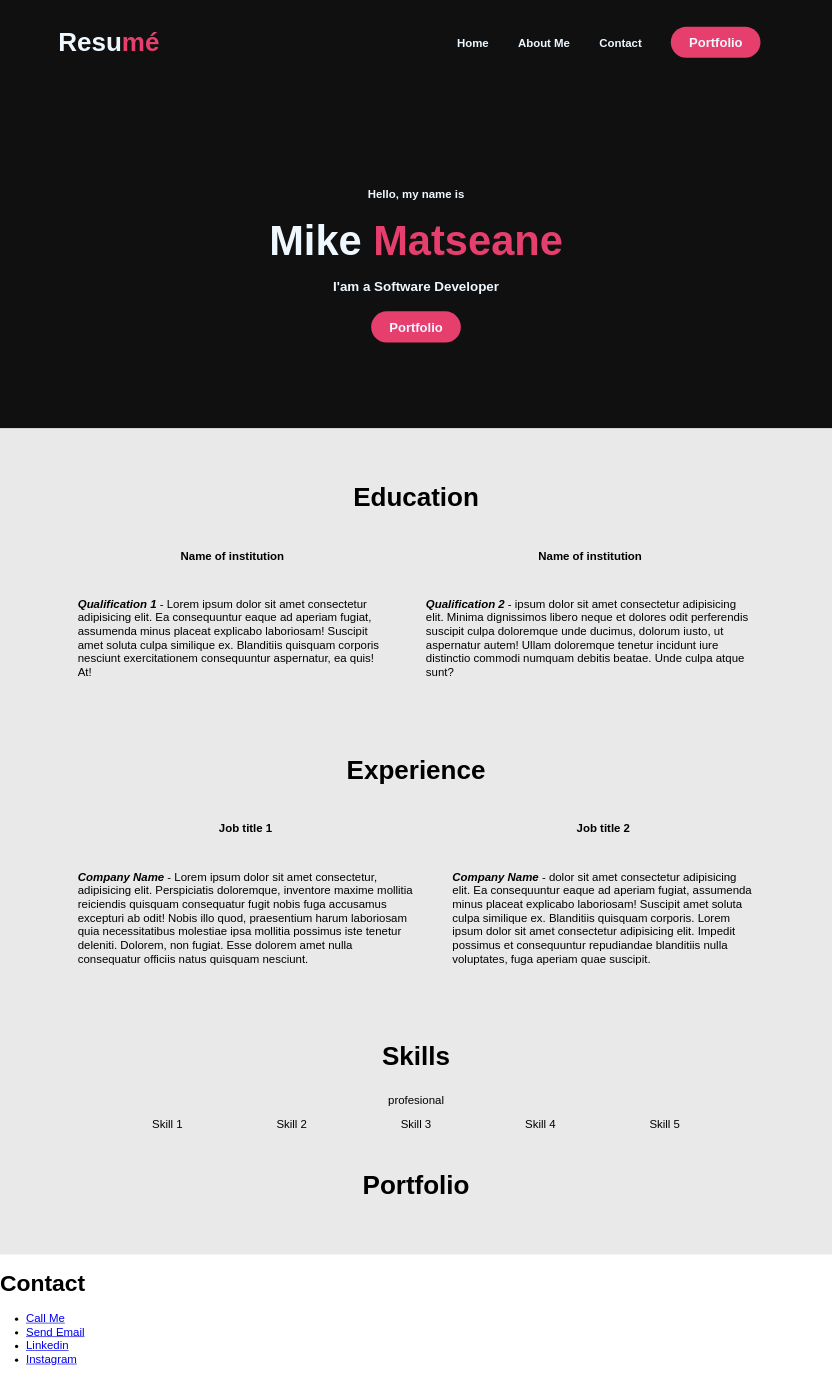
Repository: mikempho/Resume1
Page: resume1.html
These files come from the project's save history. The page is drawn as it stood at one moment and after the next save; the edit follows.
The browser window is 1280 px wide. The pictures show the whole page, at 65% of full size.

Above is the page before, as saved 2022-03-29 11:19:00.

After the next save:
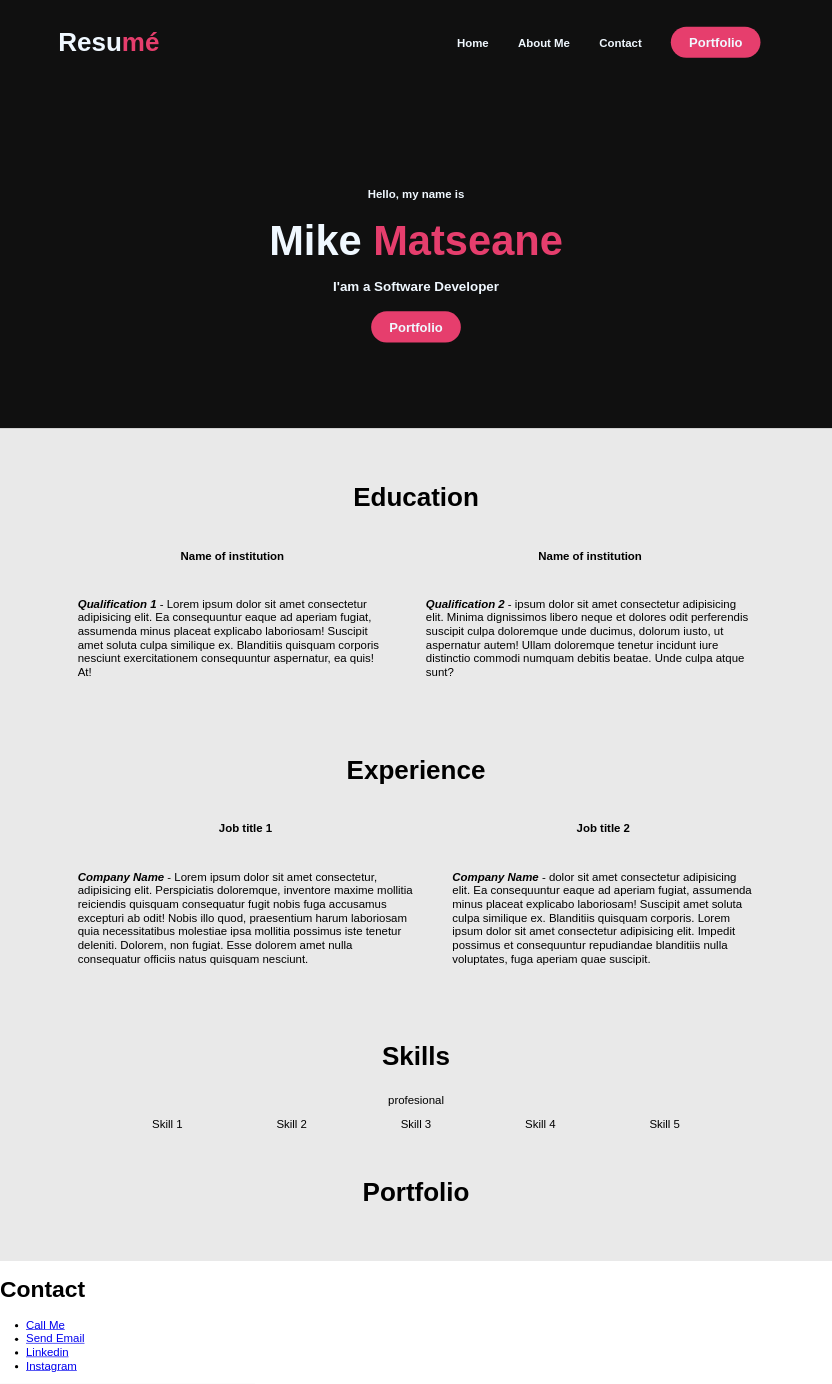
Saved 8 s later.
--- a/css/stylesheet.css
+++ b/css/stylesheet.css
@@ -108,7 +108,7 @@ main {
 }
 
 #skills {
-  margin-bottom: 60px;
+  margin-bottom: 70px;
 }
 #skills ul li {
 list-style: none;
